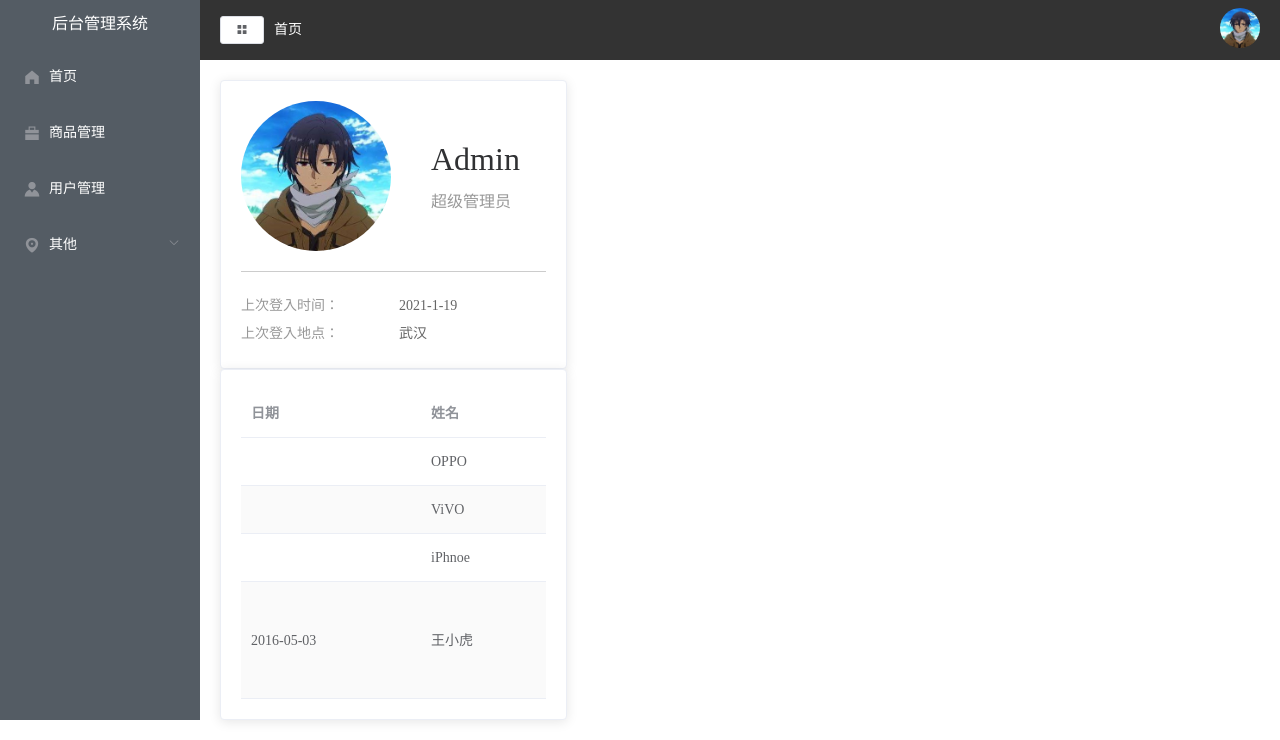
Repository: ldqml/ldqml.github.io
Page: /
The author's editor kept a copy of each file at every save. The page is drawn from the files as they stood at one save, then again after the next save.
The browser window is 1280 px wide. The pictures show the whole page.
The project was rebuilt for these pictures with package versions that can differ from the ones it lists, and the page was loaded fresh each time. Also part of the build but not shown: vue.config.js, src/views/User.vue, src/views/Mall.vue, src/views/PageOne.vue, src/views/PageTwo.vue.

Above is the page before, as saved 2022-11-01 17:29:54.

After the next save:
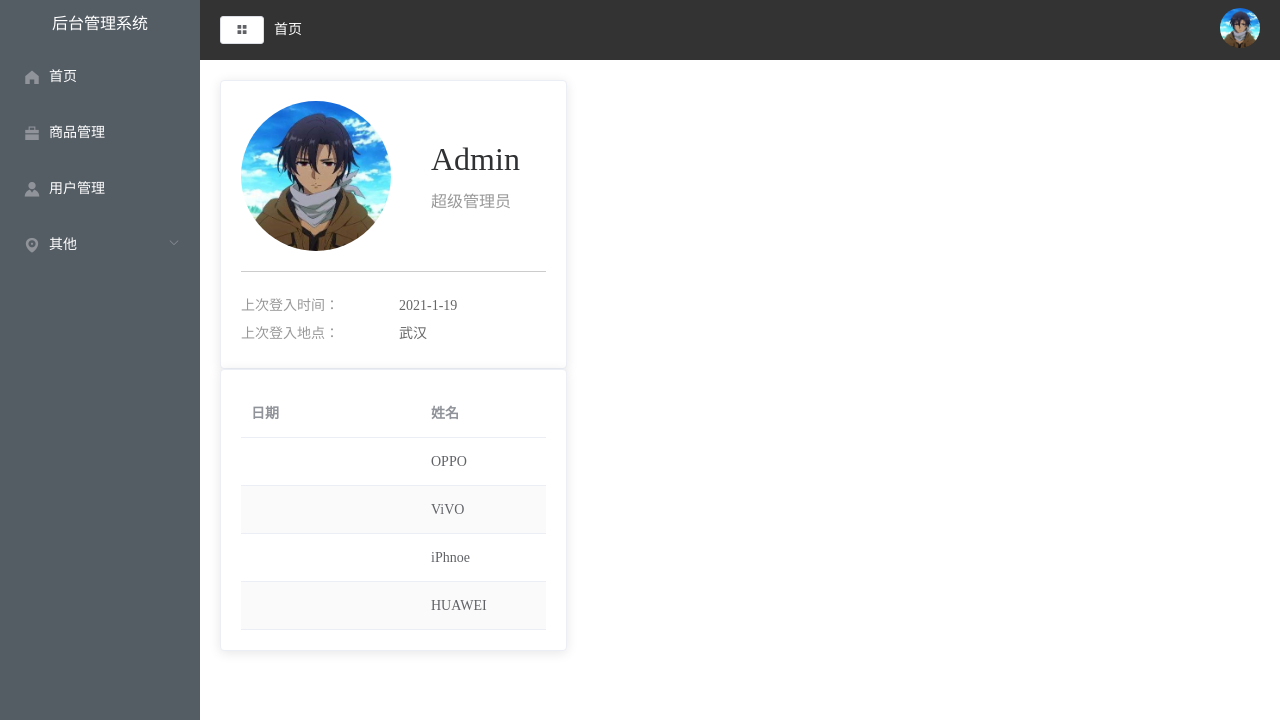
Saved 52 s later.
--- a/src/views/Home.vue
+++ b/src/views/Home.vue
@@ -53,9 +53,10 @@
           monthBuy: '300',
           totalBuy: '800'
         }, {
-          date: '2016-05-03',
-          name: '王小虎',
-          address: '上海市普陀区金沙江路 1516 弄'
+          todayBuy: '100',
+          name: 'HUAWEI',
+          monthBuy: '300',
+          totalBuy: '800'
         }]
     };
   },
